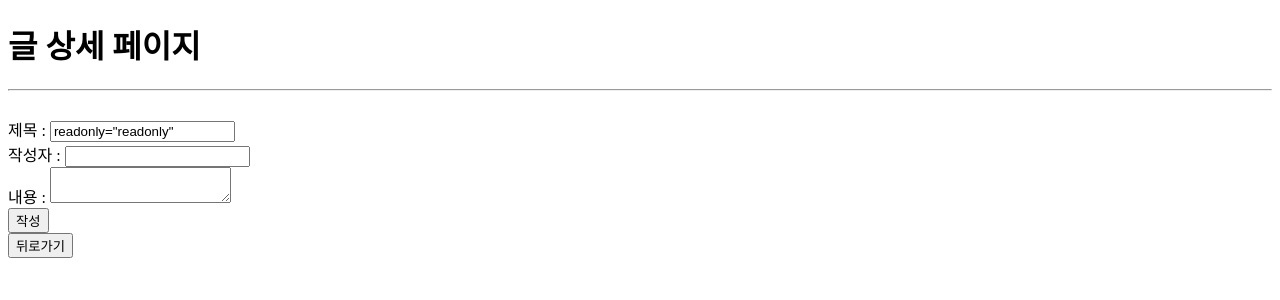
Repository: yangone8249/jsp_project
Page: http://localhost/yang_project/board/BoardDetail.jsp
These files come from the project's save history. The page is drawn as it stood at one moment and after the next save; the edit follows.
The browser window is 1280 px wide. The pictures show the whole page.
The page is served by Tomcat 9. Other server files are loaded and not shown.

Above is the page before, as saved 2023-05-26 05:43:40.

### yang_project/yang_project/src/main/webapp/board/BoardDetail.jsp
<%@ page language="java" contentType="text/html; charset=UTF-8"
    pageEncoding="UTF-8"%>
<!DOCTYPE html>
<html>
<head>
<meta charset="UTF-8">
<title>글 상세 페이지</title>
</head>
<body>
		<h1>글 상세 페이지</h1>
		<hr><br>
		<form action="/brd/update" method="post">
		제목 : <input type="text" name="title" value=${title } readonly="readonly" }/><br>
		작성자 : <input type="text" name="writer" value="${writer }" readonly="readonly"/><br>
		내용 : <textarea name="content" readonly="readonly">${content }</textarea><br>
		<button type="submit">작성</button>
		</form>
		<a href="/"><button type="button">뒤로가기</button></a>

</body>
</html>

After the next save:
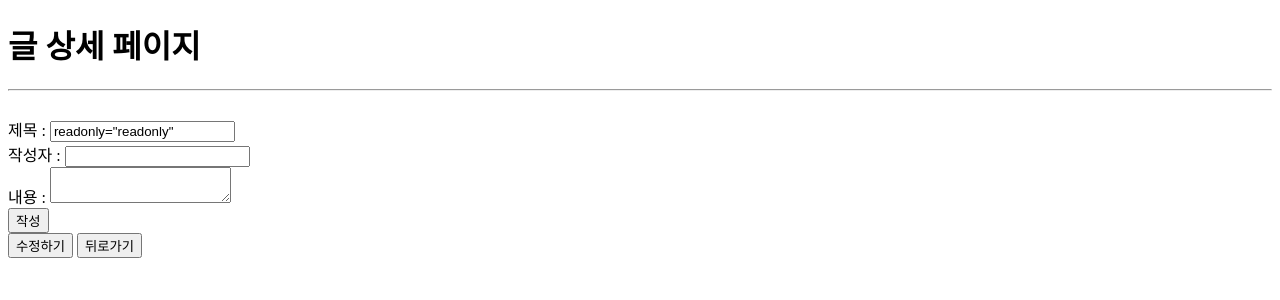
Saved 27 s later.
--- a/yang_project/yang_project/src/main/webapp/board/BoardDetail.jsp
+++ b/yang_project/yang_project/src/main/webapp/board/BoardDetail.jsp
@@ -15,7 +15,8 @@
 		내용 : <textarea name="content" readonly="readonly">${content }</textarea><br>
 		<button type="submit">작성</button>
 		</form>
-		<a href="/"><button type="button">뒤로가기</button></a>
+		<a href="/"><button type="button">수정하기</button></a>
+		<a href="/brd/list"><button type="button">뒤로가기</button></a>
 
 </body>
 </html>
